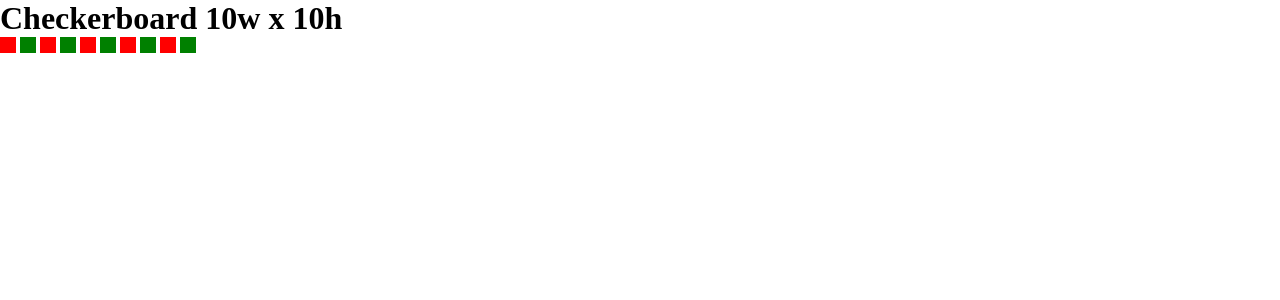
Repository: bchang1213/javaEE
Page: http://localhost/Checkerboard/view.jsp
The author's editor kept a copy of each file at every save. The page is drawn from the files as they stood at one save, then again after the next save.
The browser window is 1280 px wide. The pictures show the whole page.
The page is served by Tomcat 9.

Above is the page before, as saved 2017-10-05 20:39:25.

### Checkerboard/WebContent/view.jsp
<%@ page language="java" contentType="text/html; charset=UTF-8"
    pageEncoding="UTF-8"%>
<!DOCTYPE html PUBLIC "-//W3C//DTD HTML 4.01 Transitional//EN" "http://www.w3.org/TR/html4/loose.dtd">
<html>
<head>
	<meta http-equiv="Content-Type" content="text/html; charset=UTF-8">
	<title>Checkerboard</title>
	<link rel="stylesheet" type="text/css" href="style.css">
</head>
<body>

	<%
	String w = request.getParameter("width");
	String h = request.getParameter("height");
	Integer width = 0;
	Integer height = 0;
	%>
	<% if(w == null) { %>
		<% width = 10; %>
	<% } else { %>
		<% width = Integer.parseInt(w); %>
	<% } %>

	<% if(h == null) { %>
		<% height = 10; %>
	<% } else { %>
		<% height = Integer.parseInt(h); %>
	<% } %>

	<h1>Checkerboard <%= width %>w x <%=  height %>h</h1>
	<div id="checkerboard">
		<%for(int i = 1; i <= width;i++){ %>
			<div class='block'></div>
		<%} %>
	</div>

</body>
</html>

### Checkerboard/WebContent/style.css
* {
	margin: 0px;
	padding: 0px;
}

body{
	width: 500px;
	height: 500px;
}

div.block{
	display: inline-block;
	background-color:red;
}

div.block:nth-child(odd){
	width:1em;
	height: 1em;

}

div.block:nth-child(even){
	width:1em;
	height: 1em;
	background-color:green;
}

After the next save:
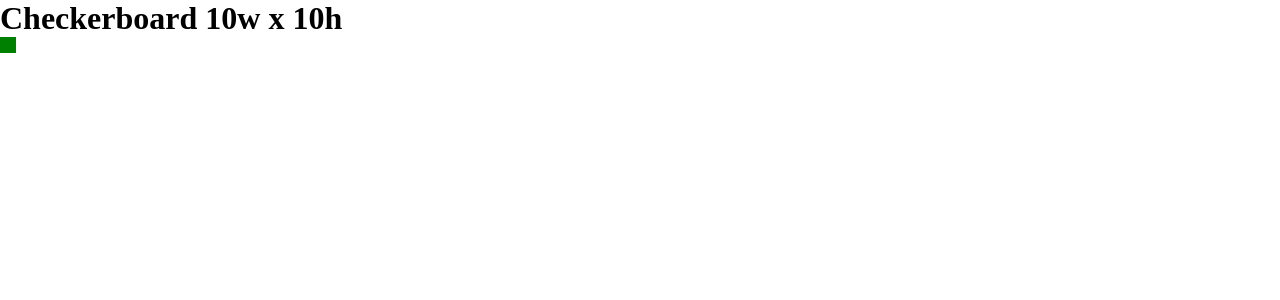
Saved 20 s later.
--- a/Checkerboard/WebContent/style.css
+++ b/Checkerboard/WebContent/style.css
@@ -13,13 +13,13 @@ div.block{
 	background-color:red;
 }
 
-div.block:nth-child(odd){
+#checkerboard:nth-child(odd){
 	width:1em;
 	height: 1em;
 
 }
 
-div.block:nth-child(even){
+#checkerboard:nth-child(even){
 	width:1em;
 	height: 1em;
 	background-color:green;
